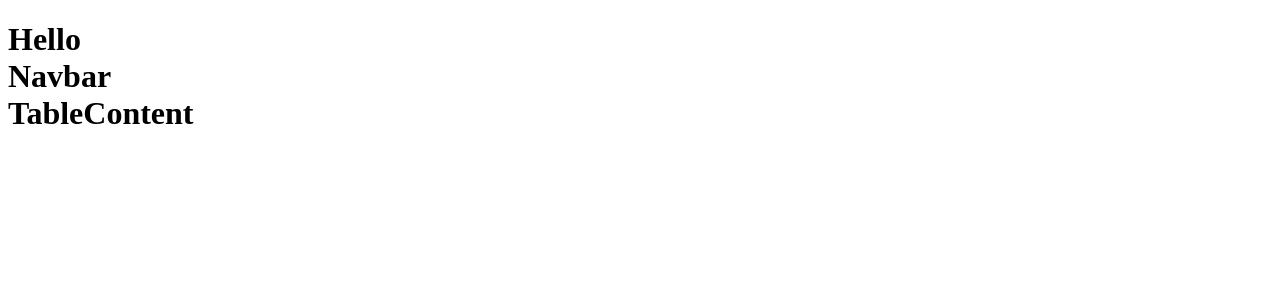
Repository: supakorn5039-boon/React-s
Page: /
The author's editor kept a copy of each file at every save. The page is drawn from the files as they stood at one save, then again after a run of saves.
The browser window is 1280 px wide. The pictures show the whole page.
The project was rebuilt for these pictures with package versions that can differ from the ones it lists, and the page was loaded fresh each time. Also part of the build but not shown: vite.config.js.

Above is the page before, as saved 2024-01-08 23:42:58.

After the next 2 saves:
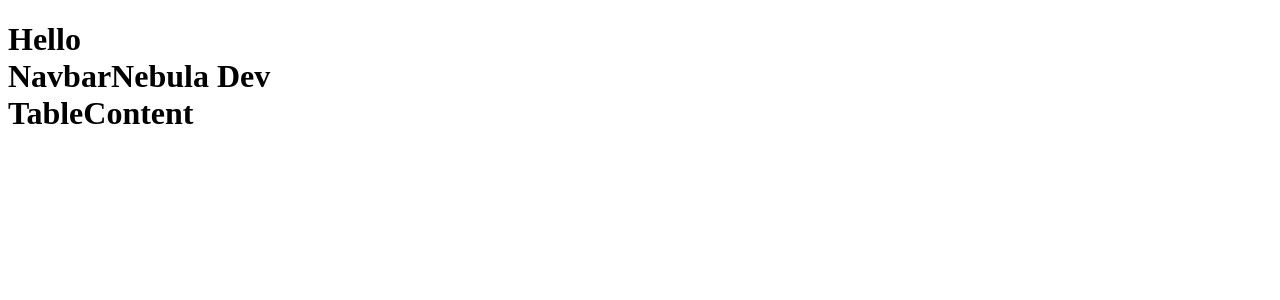
The 2 saves are shown as one change because they came seconds apart.
The last was saved 6 s later.
--- a/src/components/Navbar.jsx
+++ b/src/components/Navbar.jsx
@@ -3,7 +3,8 @@ export default function Navbar(props) {
     <>
       <div>
         Navbar
+        {props.text}
       </div>
     </>
-  )
+  );
 }
